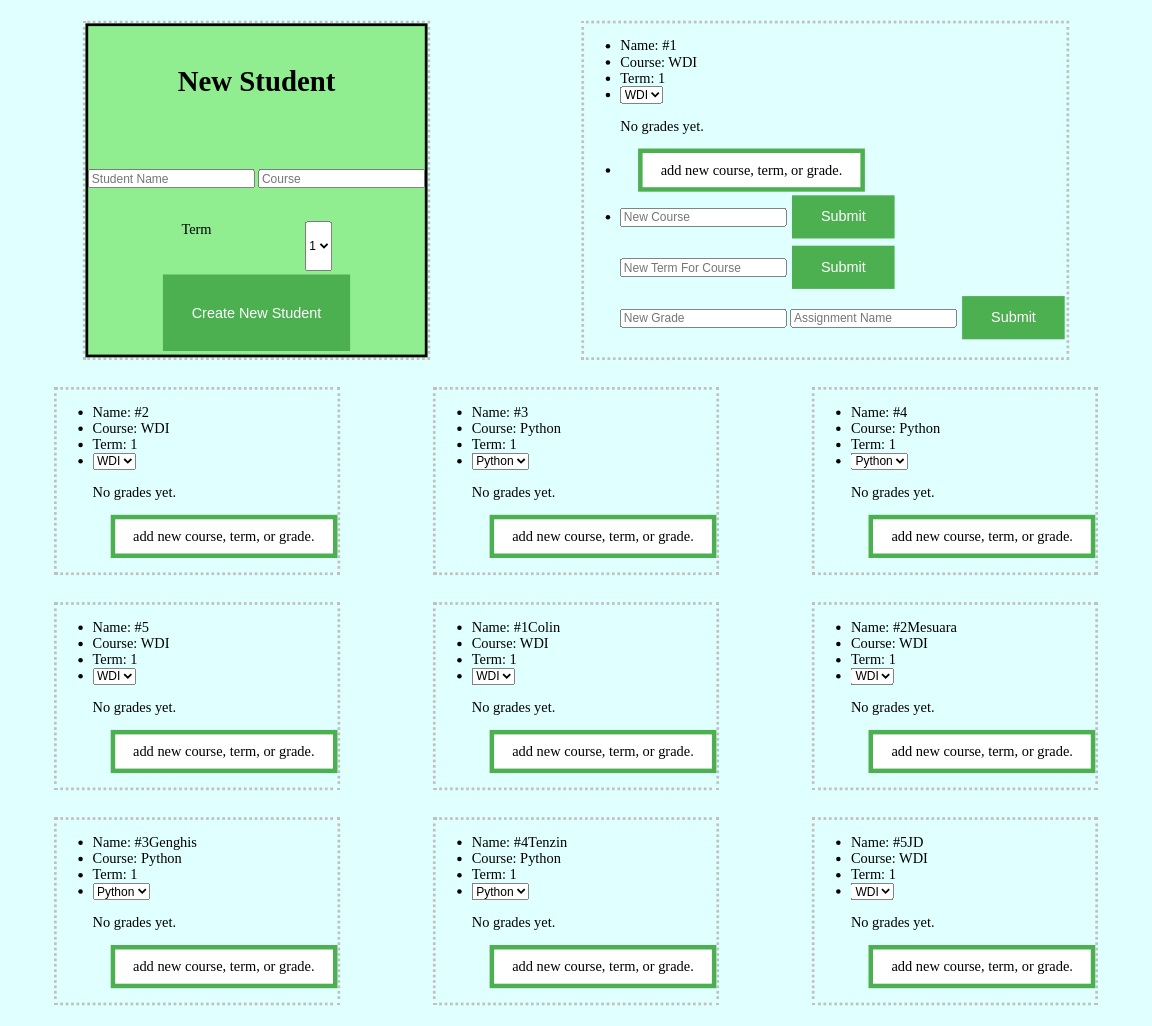
Repository: EdmontDantes/graderaide-fullstack-solution
Page: index.html
An editor plug-in stored every save of this project. The page is shown before and after the next save, followed by the edit.
The browser window is 1280 px wide. The pictures show the whole page, at 90% of full size.

Above is the page before, as saved 2020-04-22 11:42:27.

### index.html
<html lang="en">
  <head>
    <title>Graderaide</title>
    <meta charset="UTF-8">
    <meta name="viewport" content="width=device-width, initial-scale=1">
    <link rel="stylesheet" type="text/css" href="style-index.css">
  </head>

  <body>
    <section class="app">
      <section class="student-display">

      <section class="new-student-input">
        <h1 id="text-h1-creation-section">New Student</h1>

        <div id="new-student-input-boxes">
          <!-- <label for="new-student-name">Student Name</label> -->
          <input id="new-student-name-input-box"type="text" class="new-student-name" name="new-student-name" placeholder="Student Name">
          <!-- <label for="new-student-course">Course</label> -->
          <input id="new-student-course-input-box" type="text" class="new-student-course" name="new-student-course" placeholder="Course">
        </div>

        <div id="new-student-input-options"
          <label for="new-student-term">Term</label>
          <select class="new-student-term" name="new-student-term">
            <option value="1">1</option>
            <option value="2">2</option>
            <option value="3">3</option>
          </select>
        </div>
        <section class="new-student-submit">
          <button type="submit" class="new-student-button">Create New Student</button>
        </section>
      </section>
    </section>

      <section class="student-display">
        <ul class="student-info">
          <li>Name: #1</li>
          <li>Course: WDI</li>
          <li>Term: 1</li>
          <li>
            <select class="course-selection">
              <option value="wdi">WDI</option>
            </select>
            <p>No grades yet.</p>
          </li>
          <li><a href="add.html">
            add new course, term, or grade.</a>
          </li>
          <li>      <div id="data-grades-input">
            <section>
              <!-- <label for="new-course">New Course:</label> -->
              <input type="text" name="new-course" class="new-course" placeholder="New Course">
              <button type="submit" class="submit-new-course">Submit</button>
            </section>
            <section>
              <!-- <label for="new-term">New Term For Course:</label> -->
              <input type="text" name="new-term" class="new-term" placeholder="New Term For Course">
              <button type="submit" class="submit-new-term">Submit</button>
            </section>
            <section>
              <!-- <label for="new-grade">New Grade:</label> -->
              <input type="text" name="new-grade" class="new-grade" placeholder="New Grade">
              <!-- <label for="new-grade-assignment">Assignment Name:</label> -->
              <input type="text" name="new-grade-assignment" class="new-grade-assignment" placeholder="Assignment Name">
              <button type="submit" class="submit-new-grade-assignment">Submit</button>
            </section>
          </div></li>
        </ul>
      </section>
      <section class="student-display">
        <ul class="student-info">
          <li>Name: #2</li>
          <li>Course: WDI</li>
          <li>Term: 1</li>
          <li>
            <select class="course-selection">
              <option value="wdi">WDI</option>
            </select>
            <p>No grades yet.</p>
          </li><a href="add.html">add new course, term, or grade.</a>
        </ul>
      </section>

      <section class="student-display">
        <ul class="student-info">
          <li>Name: #3</li>
          <li>Course: Python</li>
          <li>Term: 1</li>
          <li>
            <select class="course-selection">
              <option value="python">Python</option>
            </select>
            <p>No grades yet.</p>
          </li><a href="add.html">add new course, term, or grade.</a>
        </ul>
      </section>

      <section class="student-display">
        <ul class="student-info">
          <li>Name: #4</li>
          <li>Course: Python</li>
          <li>Term: 1</li>
          <li>
            <select class="course-selection">
              <option value="python">Python</option>
            </select>
            <p>No grades yet.</p>
          </li><a href="add.html">add new course, term, or grade.</a>
        </ul>
      </section>

      <section class="student-display">
        <ul class="student-info">
          <li>Name: #5</li>
          <li>Course: WDI</li>
          <li>Term: 1</li>
          <li>
            <select class="course-selection">
              <option value="wdi">WDI</option>
            </select>
            <p>No grades yet.</p>
          </li><a href="add.html">add new course, term, or grade.</a>
        </ul>
      </section>

      <section class="student-display">
        <ul class="student-info">
          <li>Name: #1Colin</li>
          <li>Course: WDI</li>
          <li>Term: 1</li>
          <li>
            <select class="course-selection">
              <option value="wdi">WDI</option>
            </select>
            <p>No grades yet.</p>
          </li><a href="add.html">add new course, term, or grade.</a>
        </ul>
      </section>
      <section class="student-display">
        <ul class="student-info">
          <li>Name: #2Mesuara</li>
          <li>Course: WDI</li>
          <li>Term: 1</li>
          <li>
            <select class="course-selection">
              <option value="wdi">WDI</option>
            </select>
            <p>No grades yet.</p>
          </li><a href="add.html">add new course, term, or grade.</a>
        </ul>
      </section>

      <section class="student-display">
        <ul class="student-info">
          <li>Name: #3Genghis</li>
          <li>Course: Python</li>
          <li>Term: 1</li>
          <li>
            <select class="course-selection">
              <option value="python">Python</option>
            </select>
            <p>No grades yet.</p>
          </li><a href="add.html">add new course, term, or grade.</a>
        </ul>
      </section>

      <section class="student-display">
        <ul class="student-info">
          <li>Name: #4Tenzin</li>
          <li>Course: Python</li>
          <li>Term: 1</li>
          <li>
            <select class="course-selection">
              <option value="python">Python</option>
            </select>
            <p>No grades yet.</p>
          </li><a href="add.html">add new course, term, or grade.</a>
        </ul>
      </section>

      <section class="student-display">
        <ul class="student-info">
          <li>Name: #5JD</li>
          <li>Course: WDI</li>
          <li>Term: 1</li>
          <li>
            <select class="course-selection">
              <option value="wdi">WDI</option>
            </select>
            <p>No grades yet.</p>
          </li><a href="add.html">add new course, term, or grade.</a>
        </ul>
      </section>
      </section>
    </section>
  </body>
</html>

### style-index.css
@media (min-width: 601px) and (max-width: 1100px);
body {
    background-color: lightcyan;
    display: flex;
    flex-wrap: wrap;
    justify-content: center;
}

.app {
    display: flex;
    flex-direction: row;
    flex-wrap: wrap;
    justify-content: space-around;
}

#text-h1-creation-section {
    display: flex;
    flex-wrap: wrap;
    justify-content: center;
    font-size: 2em;
}

#new-student-input-options {
    display: flex;
    flex-wrap: wrap;
    flex-direction: row;
    justify-content: space-evenly;
}

.new-student-submit {
    display: flex;
    flex-wrap: wrap;
    justify-content: center;
}

.new-student-input {
    display: grid;

    background-color: lightgreen;
    border: 3px solid black;

}
button {
    background-color: #4CAF50;
    border: none;
    color: white;
    padding: 15px 32px;
    text-align: center;
    text-decoration: none;
    display: inline-block;
    font-size: 16px;
    margin: 4px 2px;
    cursor: pointer;
}

.student-display {
    display: flex;
    justify-content: space-around;
    border: 3px dotted #BFC0C0;
    margin: 15px;
}

.student-info {
    display: flex;
    flex-direction: column;
    justify-content: space-evenly;
}

a {
    background-color: white;
    color: black;
    border: 5px solid #4CAF50;
    padding: 10px 20px;
    text-align: center;
    text-decoration: none;
    display: inline-block;
    font-size: 16px;
    margin-left: 20px;
}

After the next save:
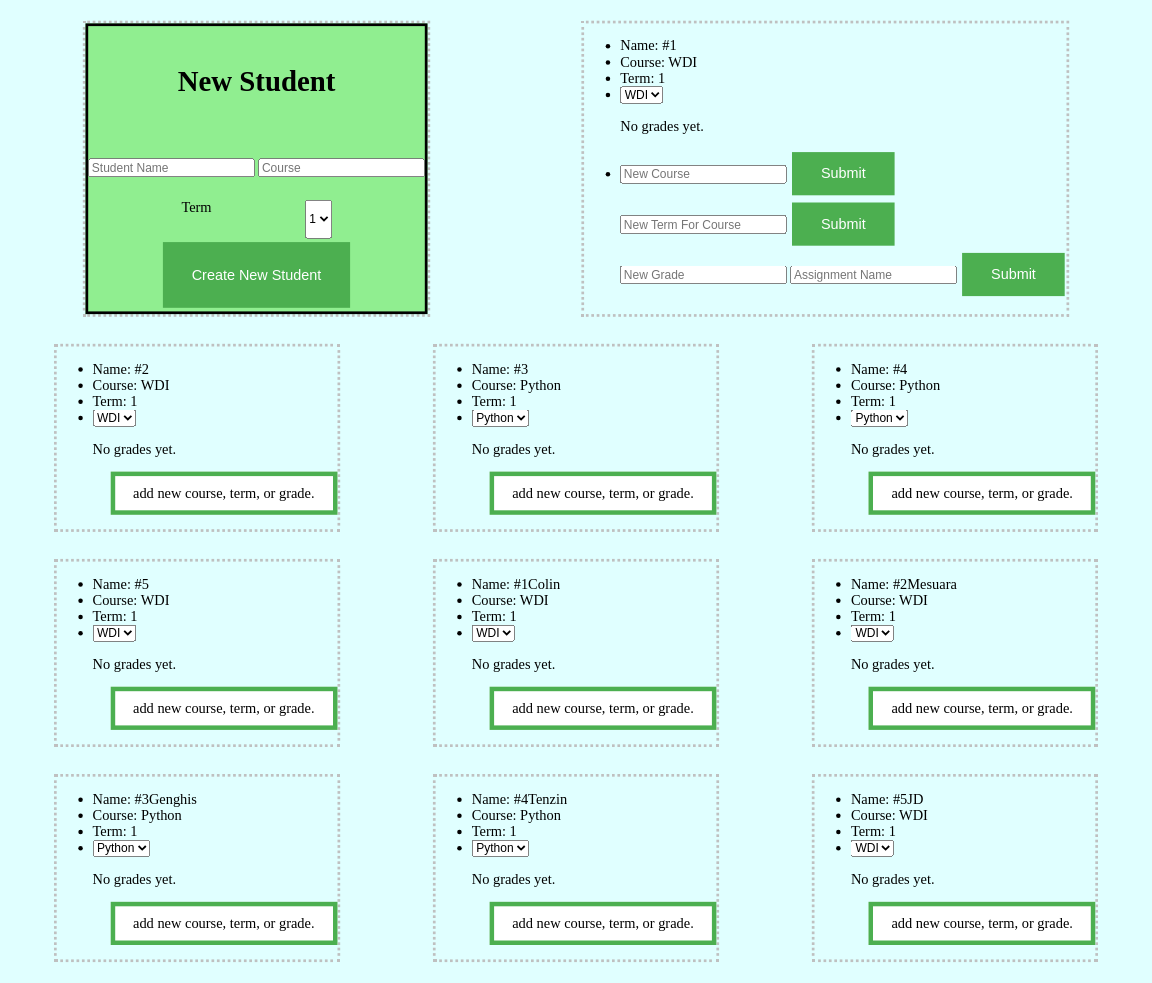
Saved 20 s later.
--- a/index.html
+++ b/index.html
@@ -45,9 +45,7 @@
             </select>
             <p>No grades yet.</p>
           </li>
-          <li><a href="add.html">
-            add new course, term, or grade.</a>
-          </li>
+
           <li>      <div id="data-grades-input">
             <section>
               <!-- <label for="new-course">New Course:</label> -->
